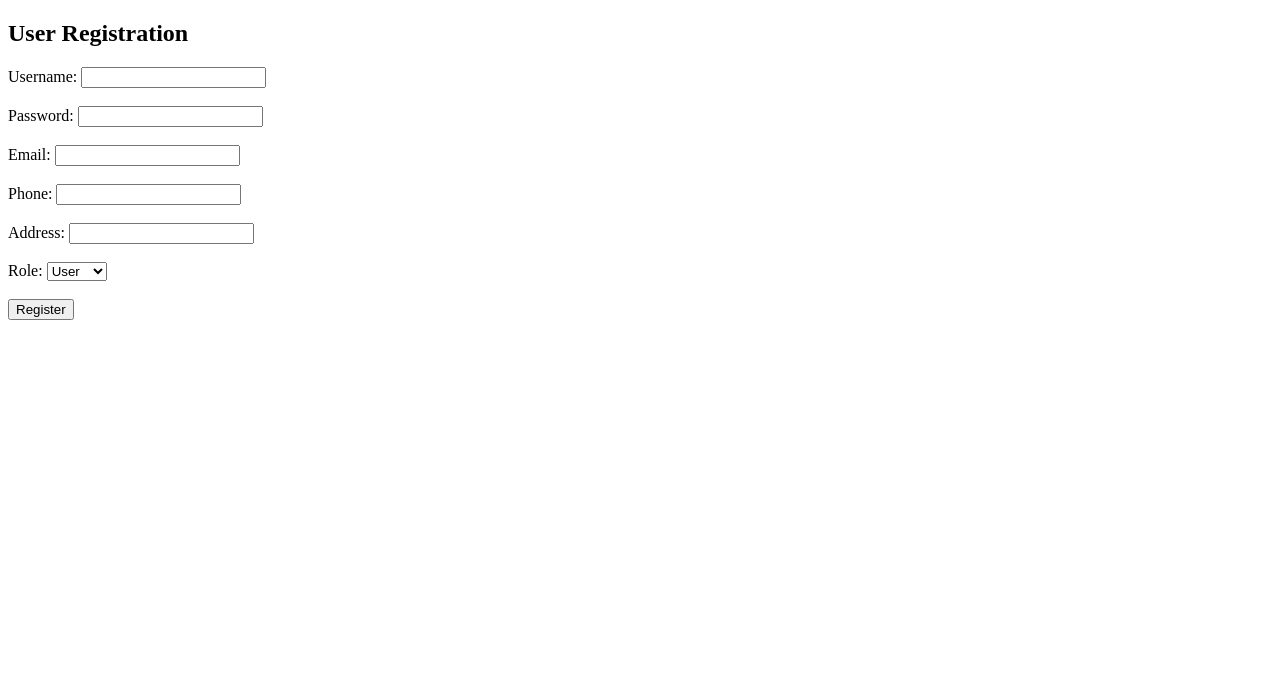
Repository: srinithiashoka/FoodDeliveryApp
Page: http://localhost/FoodDeliveryApp/register.jsp
These files come from the project's save history. The page is drawn as it stood at one moment and after the next save; the edit follows.
The browser window is 1280 px wide. The pictures show the whole page.
The page is served by Tomcat 10. Other server files are loaded and not shown.

Above is the page before, as saved 2025-12-01 12:24:50.

### FoodDeliveryApp/src/main/webapp/register.jsp
<%@ page language="java" contentType="text/html; charset=UTF-8"
    pageEncoding="UTF-8"%>
<!DOCTYPE html>
<html>
<head>
    <meta charset="UTF-8">
    <title>Register</title>
</head>
<body>
<h2>User Registration</h2>
<form action="user" method="post">
    <input type="hidden" name="action" value="register">
    Username: <input type="text" name="username"><br><br>
    Password: <input type="password" name="password"><br><br>
    Email: <input type="email" name="email"><br><br>
    Phone: <input type="text" name="phone"><br><br>
    Address: <input type="text" name="address"><br><br>
    Role: <select name="role">
        <option value="user">User</option>
        <option value="admin">Admin</option>
    </select><br><br>
    <input type="submit" value="Register">
</form>
</body>
</html>

### FoodDeliveryApp/src/main/webapp/css/style.css
@charset "UTF-8";
/* Reset some default styles */
body, html {
    margin: 0;
    padding: 0;
    font-family: 'Segoe UI', Tahoma, Geneva, Verdana, sans-serif;
    background-color: #f5f5f5;
}

/* Container for forms */
.container {
    width: 400px;
    margin: 60px auto;
    background-color: #fff;
    padding: 30px;
    box-shadow: 0px 4px 10px rgba(0,0,0,0.1);
    border-radius: 10px;
}

/* Form headings */
.container h2 {
    text-align: center;
    color: #333;
    margin-bottom: 20px;
}

/* Form inputs */
.container input[type="text"],
.container input[type="password"],
.container input[type="email"],
.container select {
    width: 100%;
    padding: 10px;
    margin: 8px 0 15px 0;
    border: 1px solid #ccc;
    border-radius: 5px;
    box-sizing: border-box;
}

/* Submit button */
.container input[type="submit"] {
    width: 100%;
    padding: 12px;
    background-color: #0A3D62;
    color: #fff;
    border: none;
    border-radius: 5px;
    cursor: pointer;
    font-size: 16px;
}

.container input[type="submit"]:hover {
    background-color: #1CA75A;
}

/* Links */
.container a {
    display: block;
    text-align: center;
    margin-top: 15px;
    color: #0A3D62;
    text-decoration: none;
}

.container a:hover {
    color: #1CA75A;
}

After the next save:
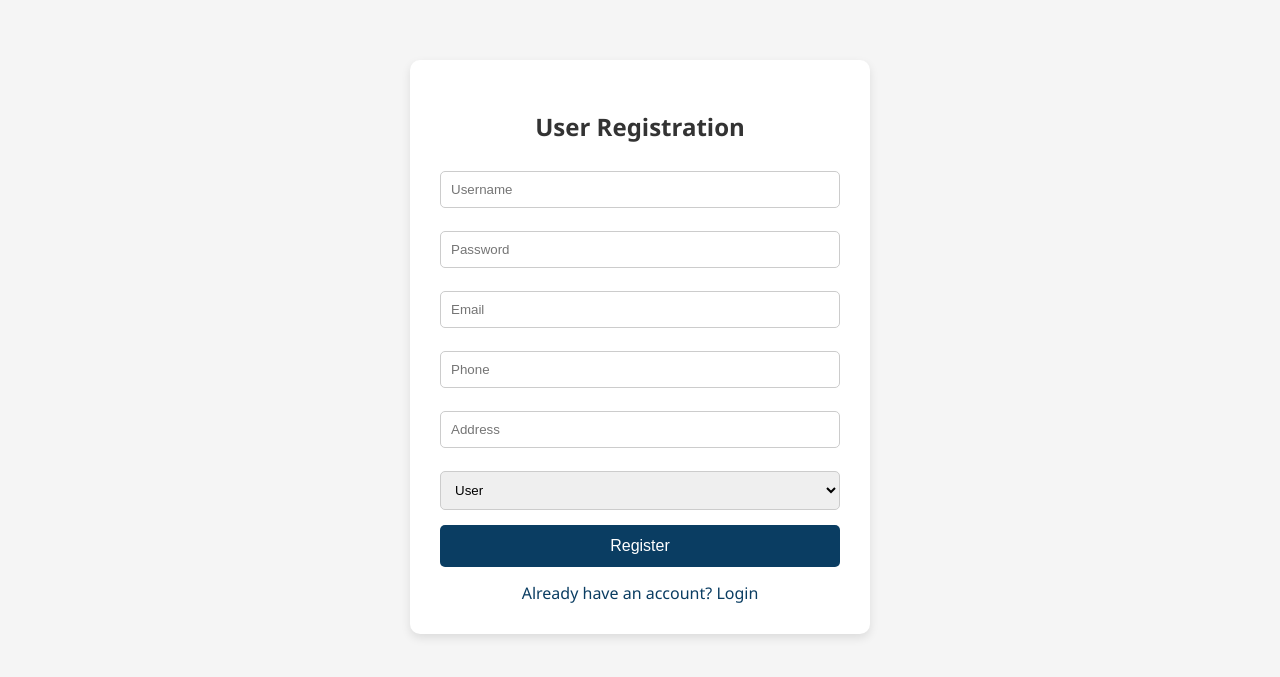
Saved 34 s later.
--- a/FoodDeliveryApp/src/main/webapp/register.jsp
+++ b/FoodDeliveryApp/src/main/webapp/register.jsp
@@ -5,21 +5,28 @@
 <head>
     <meta charset="UTF-8">
     <title>Register</title>
+    <link rel="stylesheet" href="css/style.css">
 </head>
 <body>
-<h2>User Registration</h2>
-<form action="user" method="post">
-    <input type="hidden" name="action" value="register">
-    Username: <input type="text" name="username"><br><br>
-    Password: <input type="password" name="password"><br><br>
-    Email: <input type="email" name="email"><br><br>
-    Phone: <input type="text" name="phone"><br><br>
-    Address: <input type="text" name="address"><br><br>
-    Role: <select name="role">
-        <option value="user">User</option>
-        <option value="admin">Admin</option>
-    </select><br><br>
-    <input type="submit" value="Register">
-</form>
+<div class="container">
+    <h2>User Registration</h2>
+    <form action="user" method="post">
+        <input type="hidden" name="action" value="register">
+
+        <input type="text" name="username" placeholder="Username" required>
+        <input type="password" name="password" placeholder="Password" required>
+        <input type="email" name="email" placeholder="Email">
+        <input type="text" name="phone" placeholder="Phone">
+        <input type="text" name="address" placeholder="Address">
+
+        <select name="role">
+            <option value="user">User</option>
+            <option value="admin">Admin</option>
+        </select>
+
+        <input type="submit" value="Register">
+        <a href="login.jsp">Already have an account? Login</a>
+    </form>
+</div>
 </body>
 </html>
